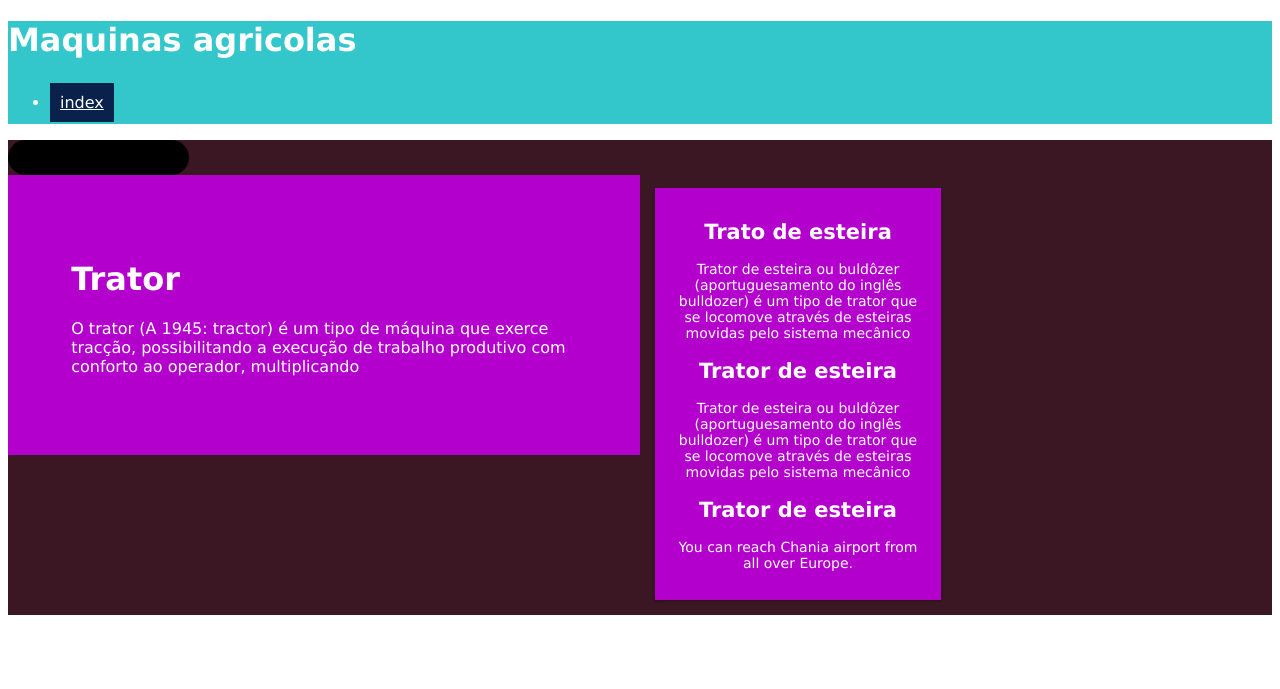
Repository: ecrseer/pesquisa-carros-html
Page: news.html
These files come from the project's save history. The page is drawn as it stood at one moment and after a run of saves; the edit follows.
The browser window is 1280 px wide. The pictures show the whole page.

Above is the page before, as saved 2022-01-21 16:16:52.
Console error: TypeError: Cannot read properties of undefined (reading 'fn')

### news.html
<!doctype html>

<html lang="pt-br">
  <html lang="pt-br">
    <head>
        <meta charset="UTF-8"/>
        <meta name="viewport" content="width=device-width,
        initial-scale=1.0"/>
        <meta http-equiv="X-UA-Compatible" content="ie=edge">
        <title>noticia</title>

  <link rel="stylesheet" href="news.css">

</head>

<body>
    <div class="header">
        <h1>Maquinas agricolas</h1>
        <nav >
            <ul class="topbtns">
                <li>
                    <a href="/index.html">index </a>
                </li>

            </ul>
        </nav>
      </div>

      <div class ="resto">
      <div class="row">

        <input type="text" name="a" class="entr" id="entro">

        <div class="col-6 col-s-9">
          <h1>Trator</h1>
          <p>O trator (A 1945: tractor) é um tipo de máquina que exerce tracção, possibilitando a execução de trabalho produtivo com conforto ao operador, multiplicando </p>
        </div>

        <div class="col-3 col-s-12">
          <div class="aside">
            <h2>Trato de esteira</h2>
            <p>Trator de esteira ou buldôzer (aportuguesamento do inglês bulldozer) é um tipo de trator que se locomove através de esteiras movidas pelo sistema mecânico</p>
            <h2>Trator de esteira</h2>
            <p>Trator de esteira ou buldôzer (aportuguesamento do inglês bulldozer) é um tipo de trator que se locomove através de esteiras movidas pelo sistema mecânico</p>
            <h2>Trator de esteira</h2>
            <p>You can reach Chania airport from all over Europe.</p>

          </div>
        </div>

      </div>


    </div>
  <script src="scripts.js"></script>
<script src="https://maxcdn.bootstrapcdn.com/bootstrap/4.0.0/js/bootstrap.min.js" integrity="sha384-JZR6Spejh4U02d8jOt6vLEHfe/JQGiRRSQQxSfFWpi1MquVdAyjUar5+76PVCmYl" crossorigin="anonymous"></script>

</body>
</html>

### news.css
* {
    box-sizing: border-box;
    color:white;
  }

  .entr{
    border-radius: 23px;
    display: grid;
    height: 35px;
    background-color: black;
    border: none;

    text-align: center;
    outline: none;
  }
  .entr:hover{
    background-color: #3a1722 ;
  }

  .row::after {
    content: "";
    clear: both;
    display: table;
  }

  [class*="col-"] {
    float: left;
    padding: 15px;
  }

  html {
    font-family: "Lucida Sans", sans-serif;
  }

  .header {
    background-color: #33c7cc;
    position: sticky;
    z-index: 2;
    width: 100%;
    max-height: 21vh;
  }
  .resto{
      background-color: #3a1722;

  }





  .aside {
    background-color: #b400cc;
    padding: 15px;
    color: #ffffff7c;
    text-align: center;
    font-size: 14px;
    box-shadow: 0 1px 3px rgba(0,0,0,0.12), 0 1px 2px rgba(0,0,0,0.24);
  }
  .aside h2:hover{
      color: white  ;
  }

  .footer {
    background-color: #0099cc;
    color: #ffffff;
    text-align: center;
    font-size: 12px;
    padding: 15px;

  }

  /* For mobile phones: */
  [class*="col-"] {
    width: 100%;
    padding-top: 15%;

  }

  [class*="col-6"]{
      background-color: #b400cc;
      width: 98%;
      padding: 5%;

  }

  @media only screen and (min-width: 600px) {
    /* For tablets: */
    .col-s-1 {width: 8.33%;}
    .col-s-2 {width: 16.66%;}
    .col-s-3 {width: 25%; padding-top: 10%;}
    .col-s-4 {width: 33.33%;}
    .col-s-5 {width: 41.66%;}
    .col-s-6 {width: 50%;}
    .col-s-7 {width: 58.33%;}
    .col-s-8 {width: 66.66%;}
    .col-s-9 {width: 75%;}
    .col-s-10 {width: 83.33%;}
    .col-s-11 {width: 91.66%;}
    .col-s-12 {width: 100%;}
    .header{height: 5%;}
  }
  @media only screen and (min-width: 768px) {
    /* For desktop: */
    .col-1 {width: 8.33%;}
    .col-2 {width: 16.66%;}
    .col-3 {width: 25%; padding-top: 1%;}
    .col-4 {width: 33.33%;}
    .col-5 {width: 41.66%;}
    .col-6 {width: 50%;}
    .col-7 {width: 58.33%;}
    .col-8 {width: 66.66%;}
    .col-9 {width: 75%;}
    .col-10 {width: 83.33%;}
    .col-11 {width: 91.66%;}
    .col-12 {width: 100%;}
    .header{height: 12%;}
  }
  .topbtns{
    display: flex;
}

.topbtns li{
    background-color:rgb(10, 33, 76);
    margin: 2px;
}

.topbtns li a{
    padding: 10px;
    display: block;

    outline: none;

    user-select: none;
    -moz-user-select: none;
    -ms-user-select: none;
    -webkit-touch-callout: none;
    -webkit-user-select: none;
    -khtml-user-select: none;
}
.topbtns li a::selection {
    background: transparent;
    border:5px dashed red;
}
.topbtns li a::-moz-selection {
    background: transparent;
}

### scripts.js
function recurs(nmbr){

    if (nmbr==1)
    return 1;
    else
    arr.push(3*recurs(nmbr-1));
}

let
    isWhite = false,
    arr=[];
    let
    fixo=new Array(5);

    fixo[0]='E';
    fixo[4]='S';
    console.log(fixo);


function changeTheme(){
    isWhite ? document.querySelector("body").style.backgroundColor='#010101' :
    document.querySelector("body").style.backgroundColor='#fff';

    isWhite= !isWhite;

    function hapn(){
        console.log('data');
    }

    console.log(arr);
}

After the next 5 saves:
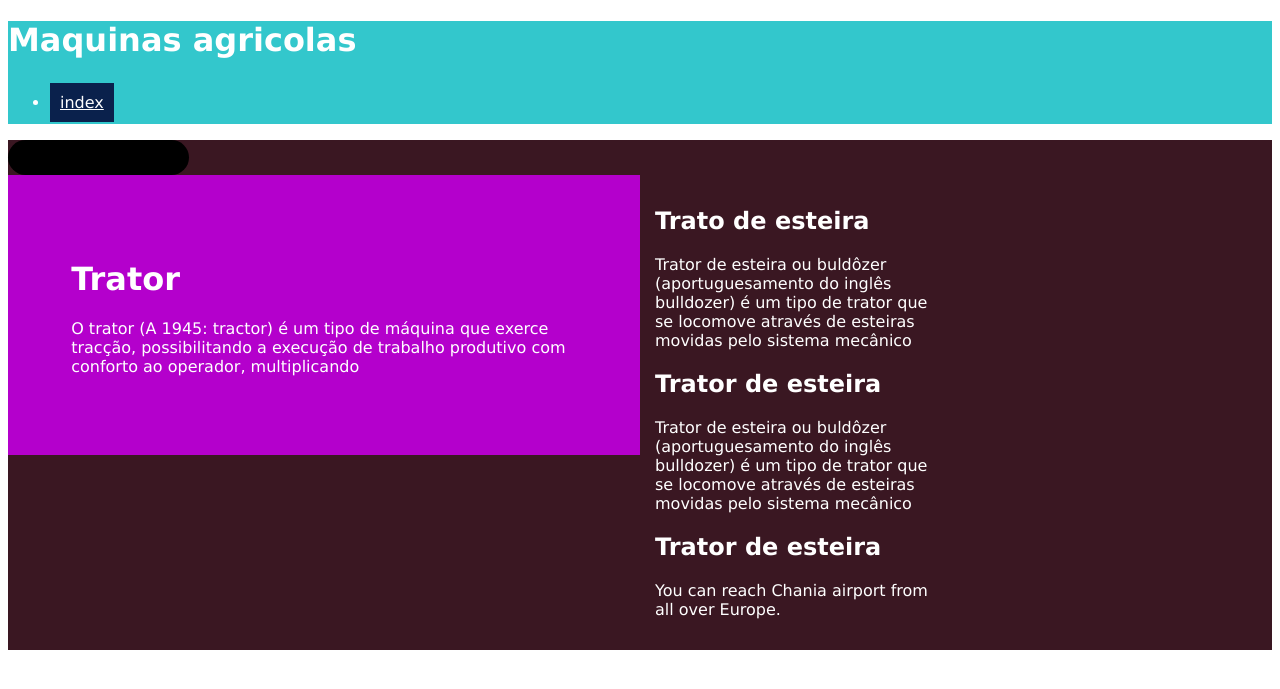
The 5 saves are shown as one change because they came seconds apart.
The last was saved 23 s later.
--- a/news.css
+++ b/news.css
@@ -47,25 +47,6 @@
 
 
 
-
-  .aside {
-    background-color: #b400cc;
-    padding: 15px;
-    color: #ffffff7c;
-    text-align: center;
-    font-size: 14px;
-    box-shadow: 0 1px 3px rgba(0,0,0,0.12), 0 1px 2px rgba(0,0,0,0.24);
-  }
-  .aside h2:hover{
-      color: white  ;
-  }
-
-  .footer {
-    background-color: #0099cc;
-    color: #ffffff;
-    text-align: center;
-    font-size: 12px;
-    padding: 15px;
 
   }
 
